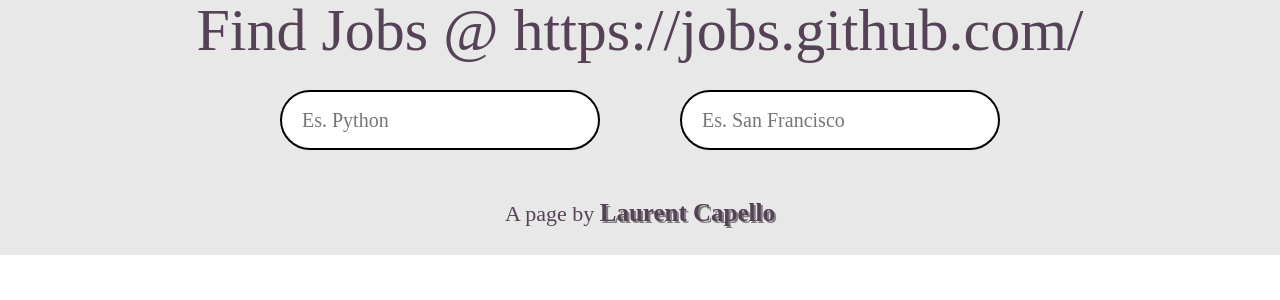
Repository: sokafootball/job-finder
Page: /
The author's editor kept a copy of each file at every save. The page is drawn from the files as they stood at one save, then again after the next save.
The browser window is 1280 px wide. The pictures show the whole page.
The page's requests for data from a server got no answer. The project was rebuilt for these pictures with package versions that can differ from the ones it lists, and the page was loaded fresh each time. No one was signed in, and anything a server would have sent is missing. Also part of the build but not shown: src/components/JobCard/JobCard.css, src/components/JobCard/JobCard.js.

Above is the page before, as saved 2020-10-23 12:24:53.

After the next save:
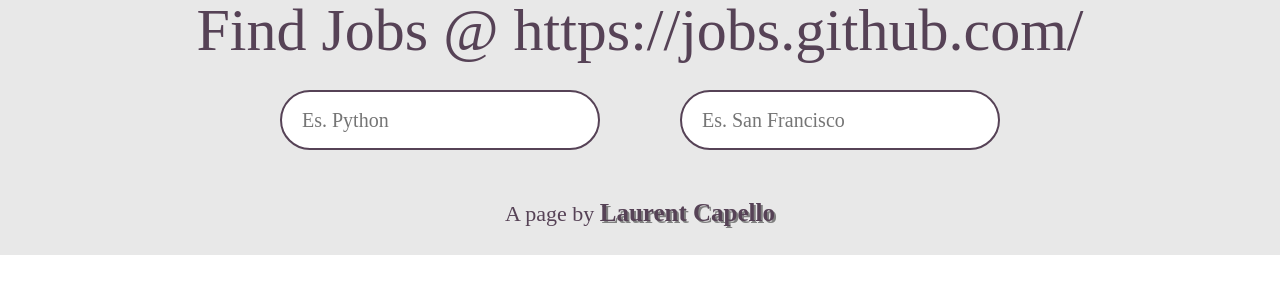
Saved 17 s later.
--- a/src/components/SearchForm/SearchForm.css
+++ b/src/components/SearchForm/SearchForm.css
@@ -3,7 +3,7 @@
 }
 
 .input-text {
-  border: 2px solid black;
+  border: 2px solid var(--border-color);
   border-radius: 30px;
   color: var(--font-color);
   font-size: 20px;
